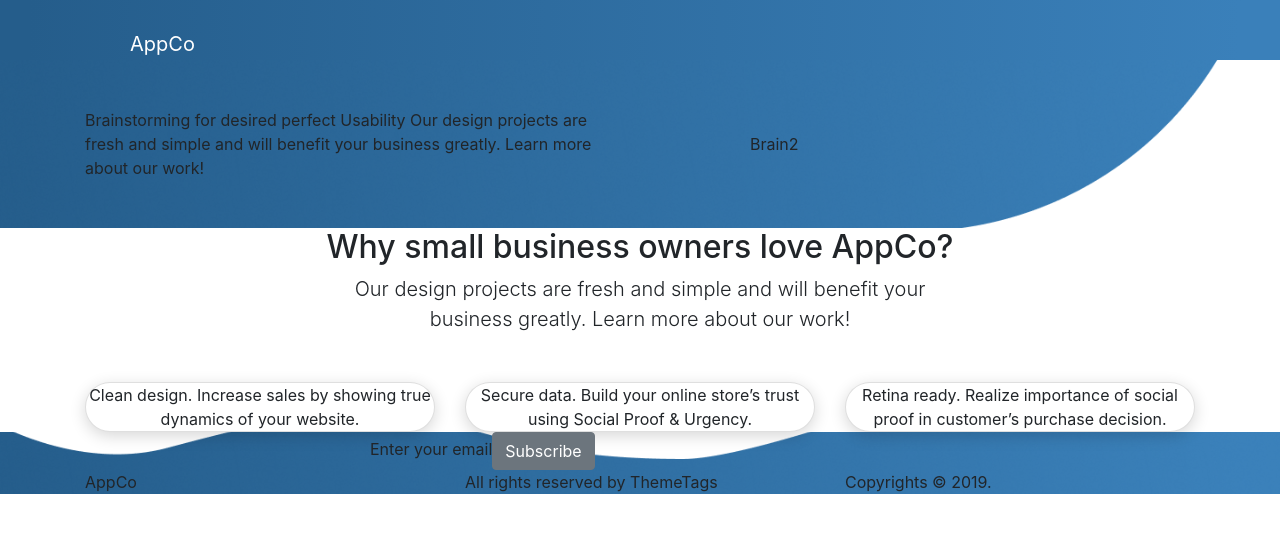
Repository: andbilous/user-statistics-app
Page: /
The author's editor kept a copy of each file at every save. The page is drawn from the files as they stood at one save, then again after a run of saves.
The browser window is 1280 px wide. The pictures show the whole page.
The project was rebuilt for these pictures with package versions that can differ from the ones it lists, and the page was loaded fresh each time.

Above is the page before, as saved 2020-06-19 15:37:05.

After the next 6 saves:
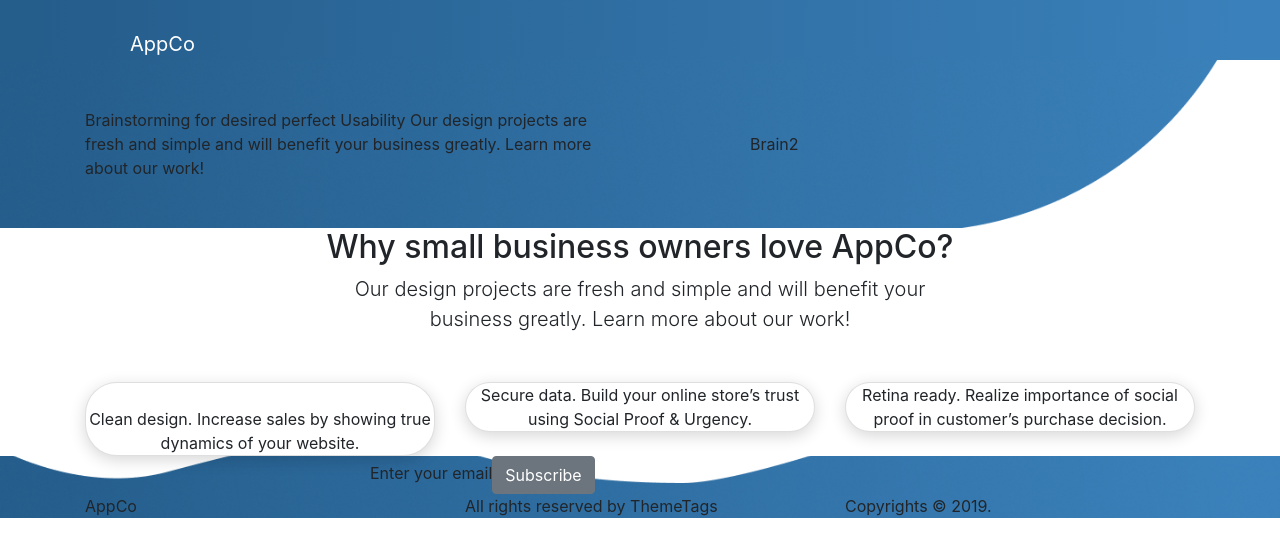
The 6 saves are shown as one change because they came seconds apart.
The last was saved 11 s later.
--- a/src/components/reasons/index.js
+++ b/src/components/reasons/index.js
@@ -20,7 +20,9 @@ const Reasons = () => {
           <Row className="justify-content-center">
             <Col className='col-lg-4 col-md'>
               <Card className='text-center card-block'>
+                <div className='pt-4'>
 
+                </div>
                 Clean design.
                 Increase sales by showing true dynamics of your website.
               </Card>
